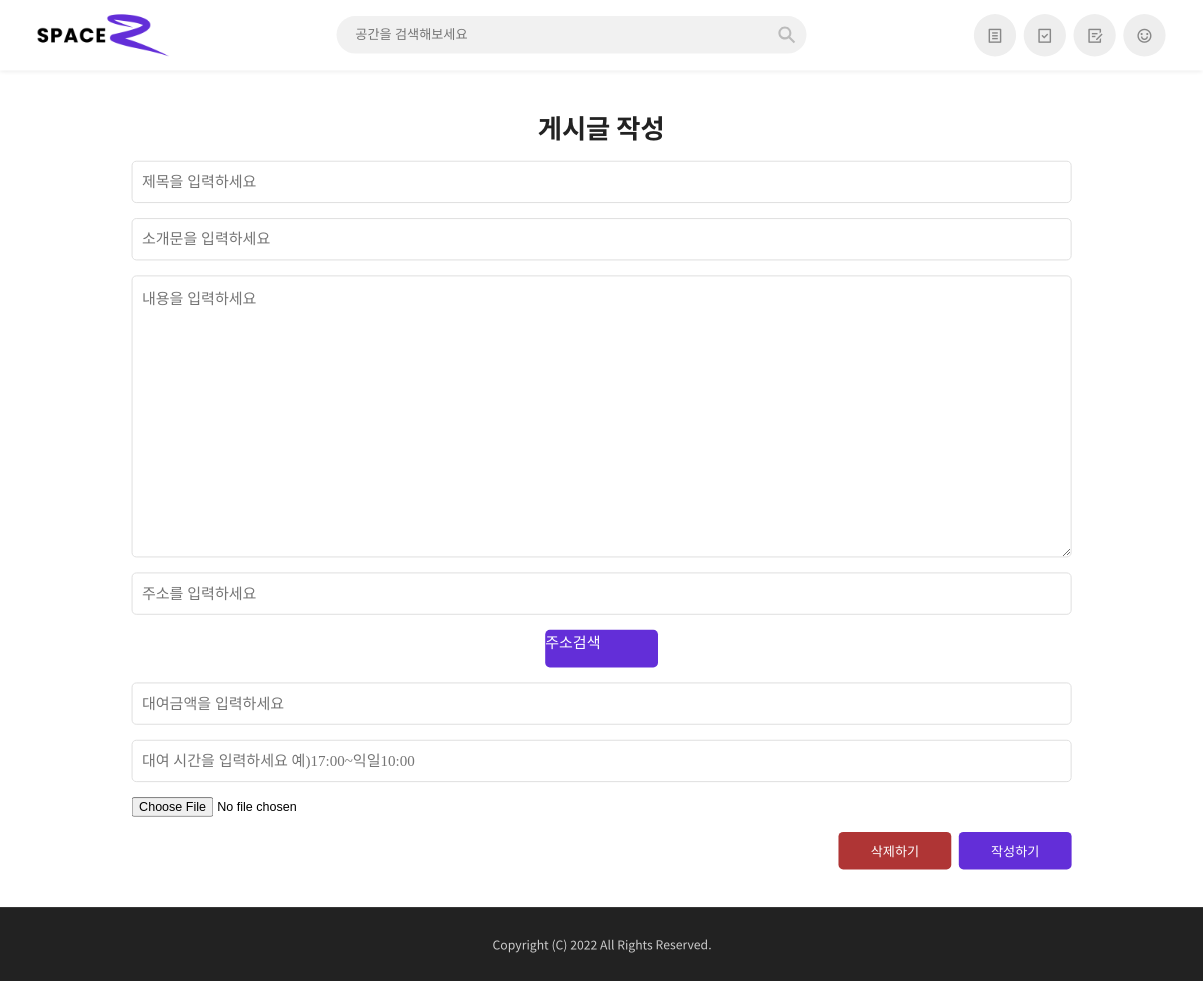
Repository: Leejeongchan1733026/senier_project
Page: http://localhost/test/posting.jsp
An editor plug-in stored every save of this project. The page is shown before and after the next save, followed by the edit.
The browser window is 1280 px wide. The pictures show the whole page, at 94% of full size.
Some web fonts or font styles are not loaded; a fallback is used. The page is served by Tomcat 9.

Above is the page before, as saved 2022-06-17 23:30:32.
Not found: test/test/css/promotion.css

After the next save:
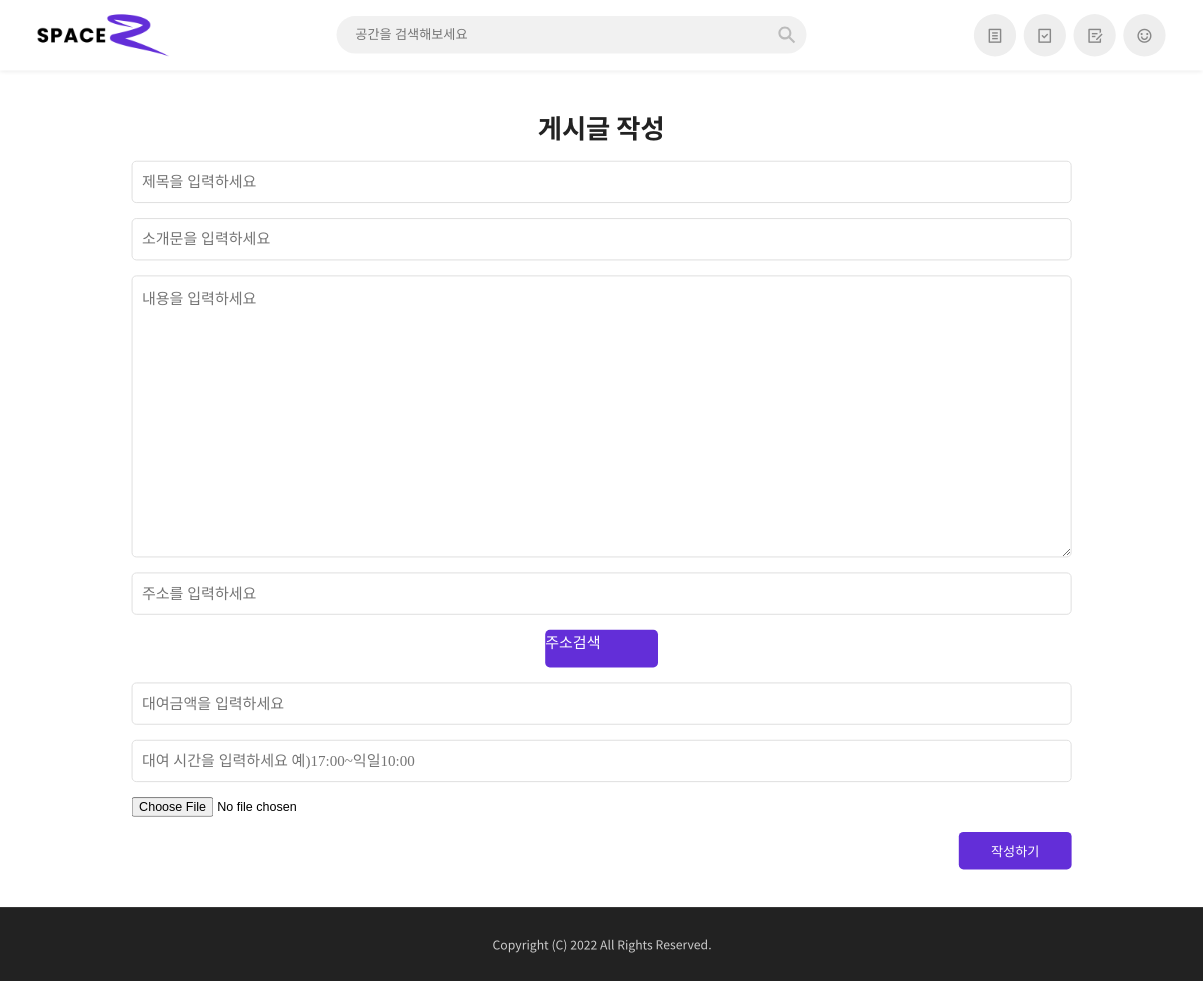
Saved 19 s later.
--- a/test/src/main/webapp/posting.jsp
+++ b/test/src/main/webapp/posting.jsp
@@ -90,9 +90,6 @@
                     <input type="text" name="RENTAL_TIME" class="write-input" placeholder="대여 시간을 입력하세요 예)17:00~익일10:00" required />
                     <input type="file" name="upLoadFile" class="write-file" >
                     <div class="submit-wrapper">
-                        <button type="button" name="" class="write-submit w-delete">
-                            <p>삭제하기</p>
-                        </button>
                         <button type="submit" name="" class="write-submit">
                             <p>작성하기</p>
                         </button>
